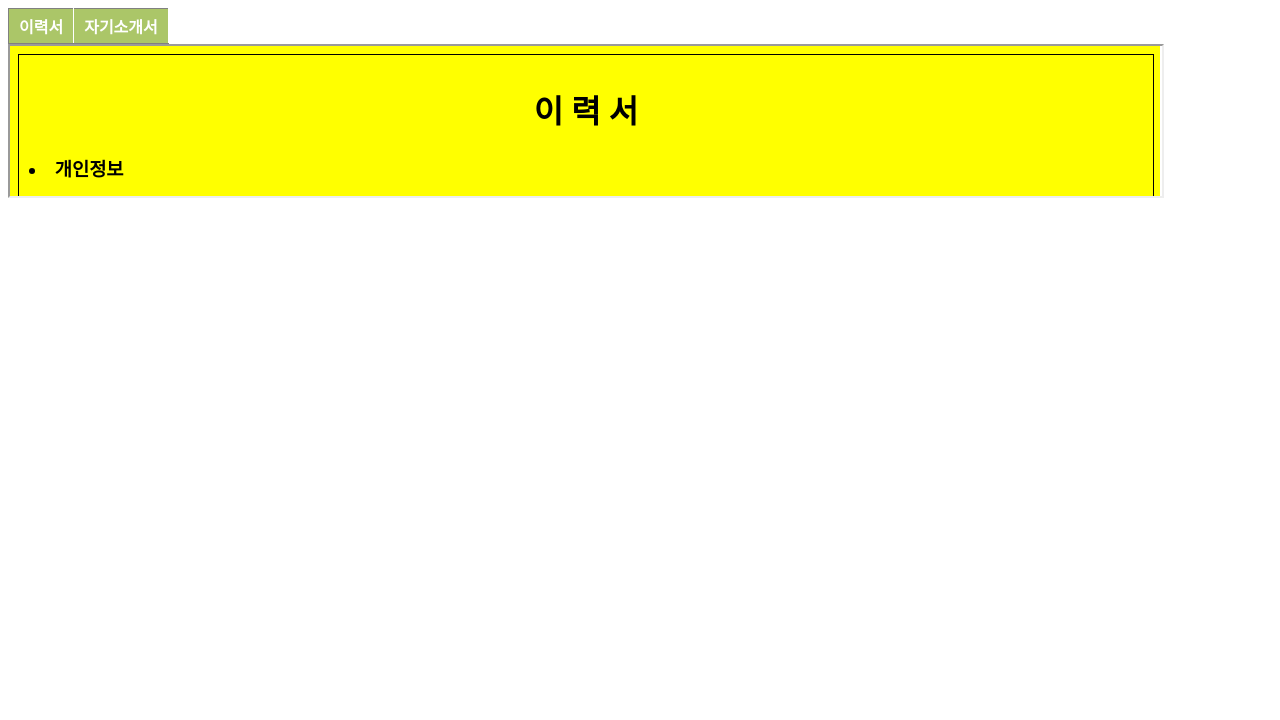
Repository: porivas/140630_Java
Page: http://localhost/web4_resume/totalLayout.jsp
The author's editor kept a copy of each file at every save. The page is drawn from the files as they stood at one save, then again after a run of saves.
The browser window is 1280 px wide. The pictures show the whole page.
The page is served by Tomcat 9.

Above is the page before, as saved 2014-09-25 08:10:42.

After the next 2 saves:
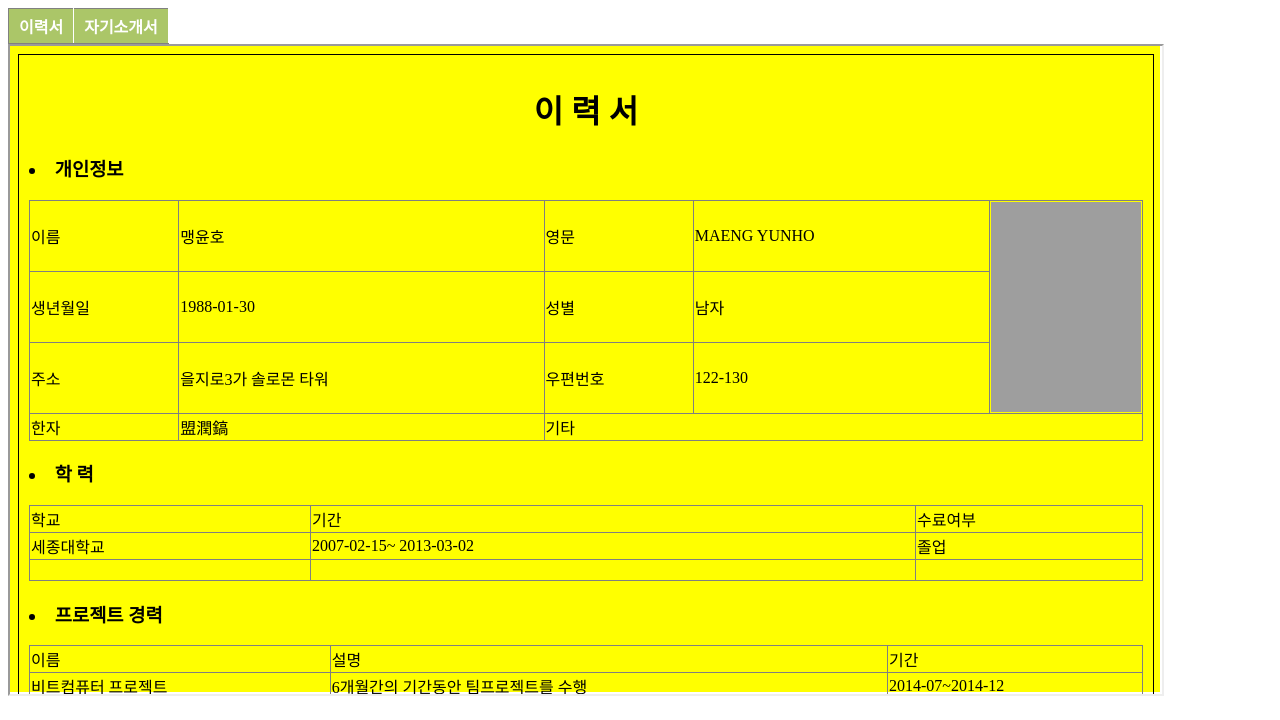
The 2 saves are shown as one change because they came seconds apart.
The last was saved 30 s later.
--- a/web4_resume/WebContent/totalLayout.jsp
+++ b/web4_resume/WebContent/totalLayout.jsp
@@ -33,7 +33,8 @@
 			.me {
 			    background-color: yellow;
 			    position: absolute;
-			    width: 90%
+			    width: 90%;
+			    height: 90%;
 			}
 		</style>
 		<div id="button">
